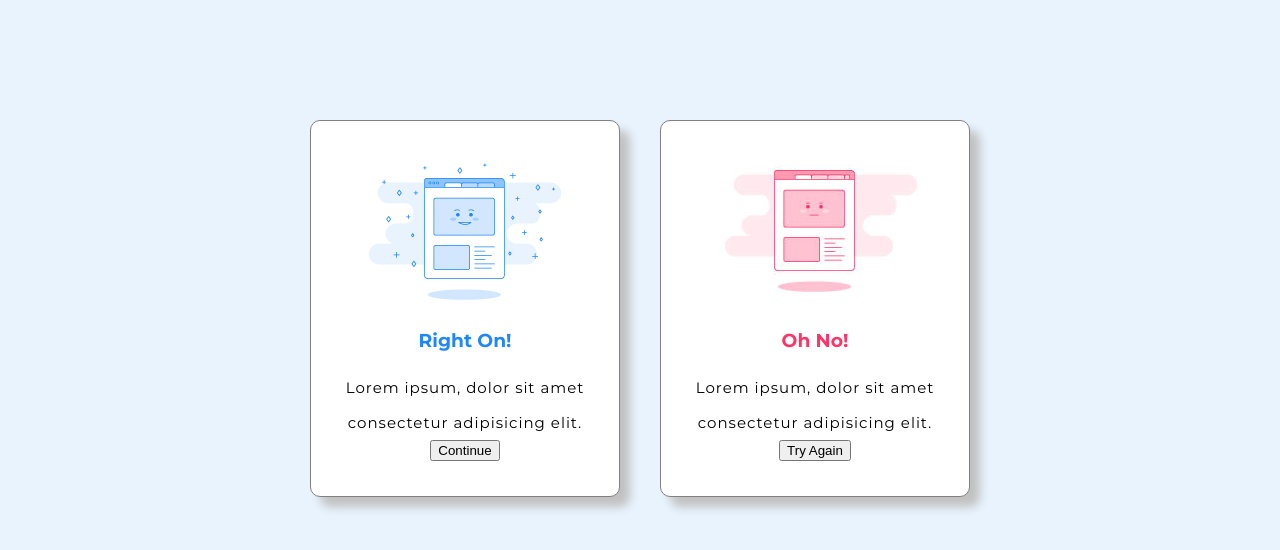
Repository: giahuy405/flash_message_BEM
Page: index.html
An editor plug-in stored every save of this project. The page is shown before and after the next save, followed by the edit.
The browser window is 1280 px wide. The pictures show the whole page.

Above is the page before, as saved 2022-09-06 02:38:03.

After the next save:
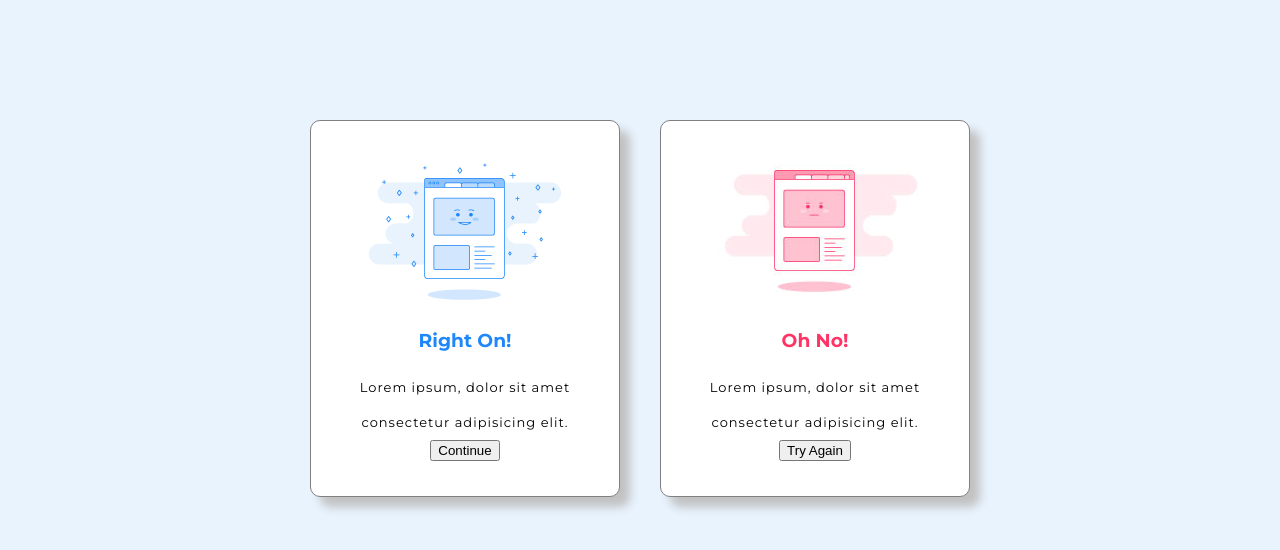
Saved 8 s later.
--- a/css/index.css
+++ b/css/index.css
@@ -36,7 +36,7 @@ body{
     color: #ff3366;
 }
 .flash-message__desc{
-    font-size: 15px;
+    font-size: 13px;
     line-height: 35px;
     letter-spacing: 1px;
 }
